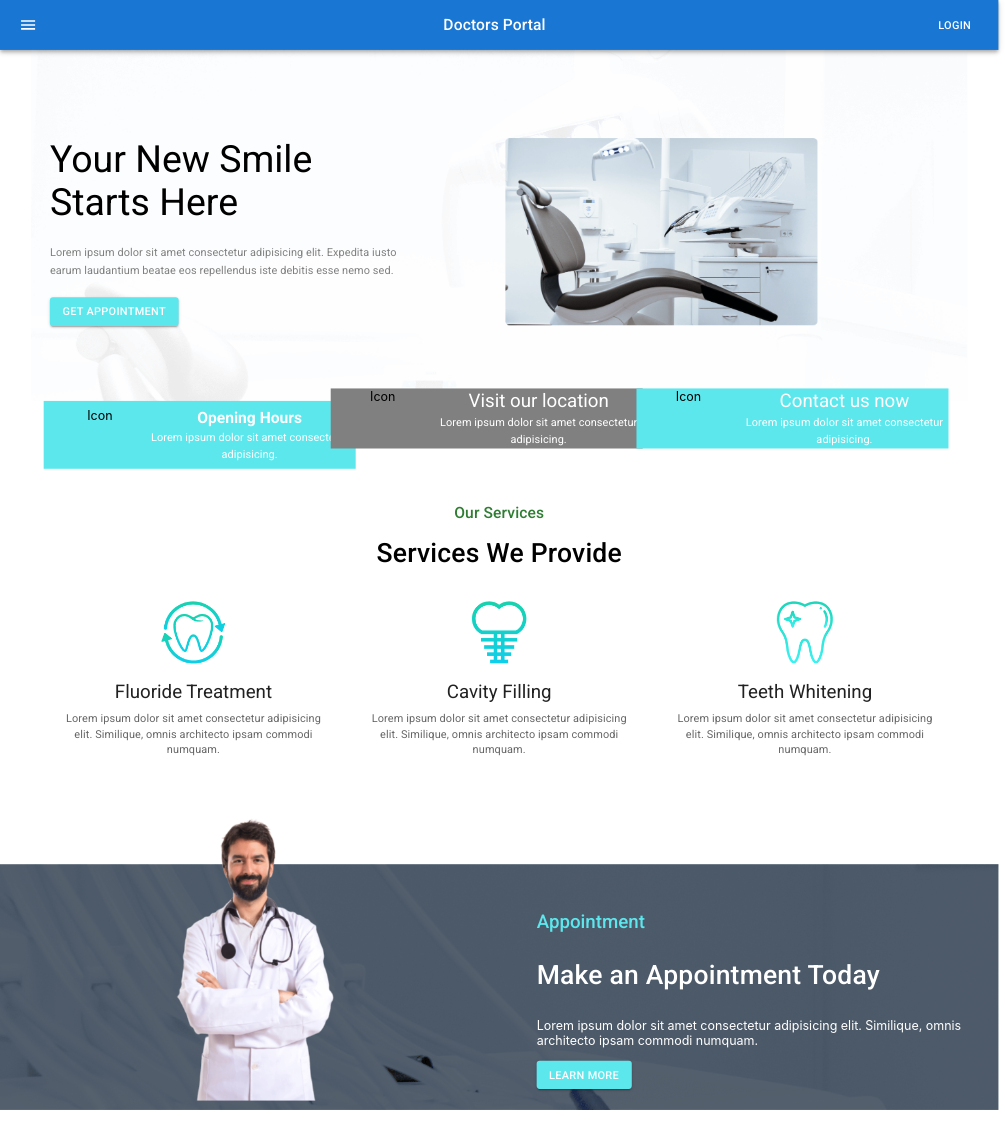
Repository: Sharif-00112/doctors-portal-client
Page: /
An editor plug-in stored every save of this project. The page is shown before and after the next save, followed by the edit.
The browser window is 1280 px wide. The page is 1288 px wide, so the pictures cover 1288 px, including what lies to the right of the window. The pictures show the whole page, at 78% of full size.
The project was rebuilt for these pictures with package versions that can differ from the ones it lists, and the page was loaded fresh each time.

Above is the page before, as saved 2022-11-01 23:24:19.

After the next save:
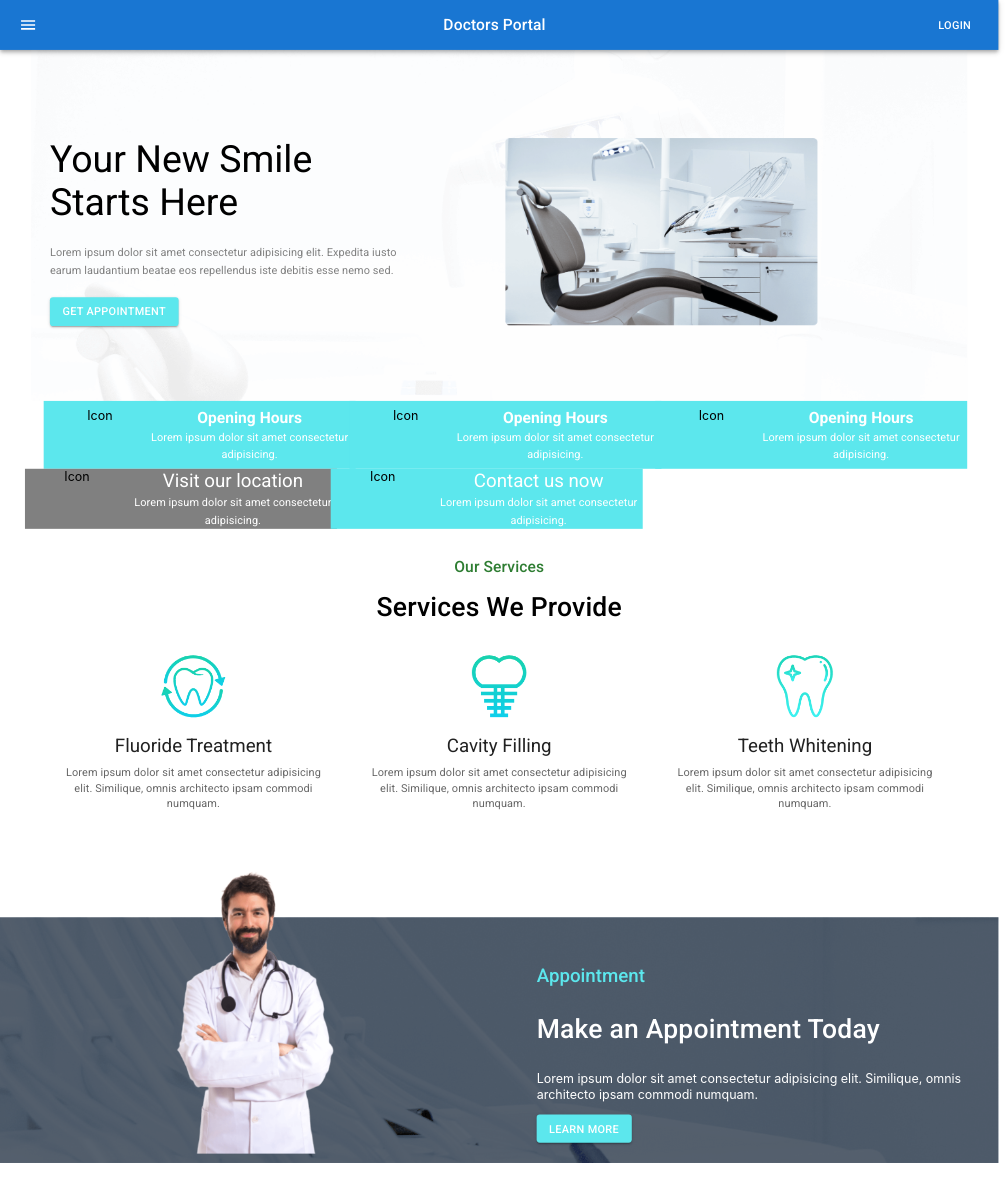
Saved 52 s later.
--- a/src/Pages/Home/Banner/Banner.js
+++ b/src/Pages/Home/Banner/Banner.js
@@ -57,6 +57,36 @@
                         </Grid>
                     </Grid>
                     <Grid xs={4}>
+                        <Grid sx={{ p:1, my:1, mx:2 }} container spacing={1} style={{ backgroundColor: '#5CE7ED'}}>
+                            <Grid xs={4}>
+                                Icon
+                            </Grid>
+                            <Grid xs={8}>
+                                <Typography sx={{ fontSize: 20, fontWeight: 600  }} style={{color: 'white'}} variant="h5" component="div">
+                                    Opening Hours
+                                </Typography>
+                                <Typography sx={{ fontSize: 14, fontWeight: 400 }} style={{color: 'white'}} variant="h6" component="div">
+                                    Lorem ipsum dolor sit amet consectetur adipisicing.
+                                </Typography>
+                            </Grid>
+                        </Grid>
+                    </Grid>
+                    <Grid xs={4}>
+                        <Grid sx={{ p:1, my:1, mx:2 }} container spacing={1} style={{ backgroundColor: '#5CE7ED'}}>
+                            <Grid xs={4}>
+                                Icon
+                            </Grid>
+                            <Grid xs={8}>
+                                <Typography sx={{ fontSize: 20, fontWeight: 600  }} style={{color: 'white'}} variant="h5" component="div">
+                                    Opening Hours
+                                </Typography>
+                                <Typography sx={{ fontSize: 14, fontWeight: 400 }} style={{color: 'white'}} variant="h6" component="div">
+                                    Lorem ipsum dolor sit amet consectetur adipisicing.
+                                </Typography>
+                            </Grid>
+                        </Grid>
+                    </Grid>
+                    <Grid xs={4}>
                         <Grid container spacing={1} style={{ backgroundColor: 'gray'}}>
                             <Grid xs={4}>
                                 Icon

After the save that followed:
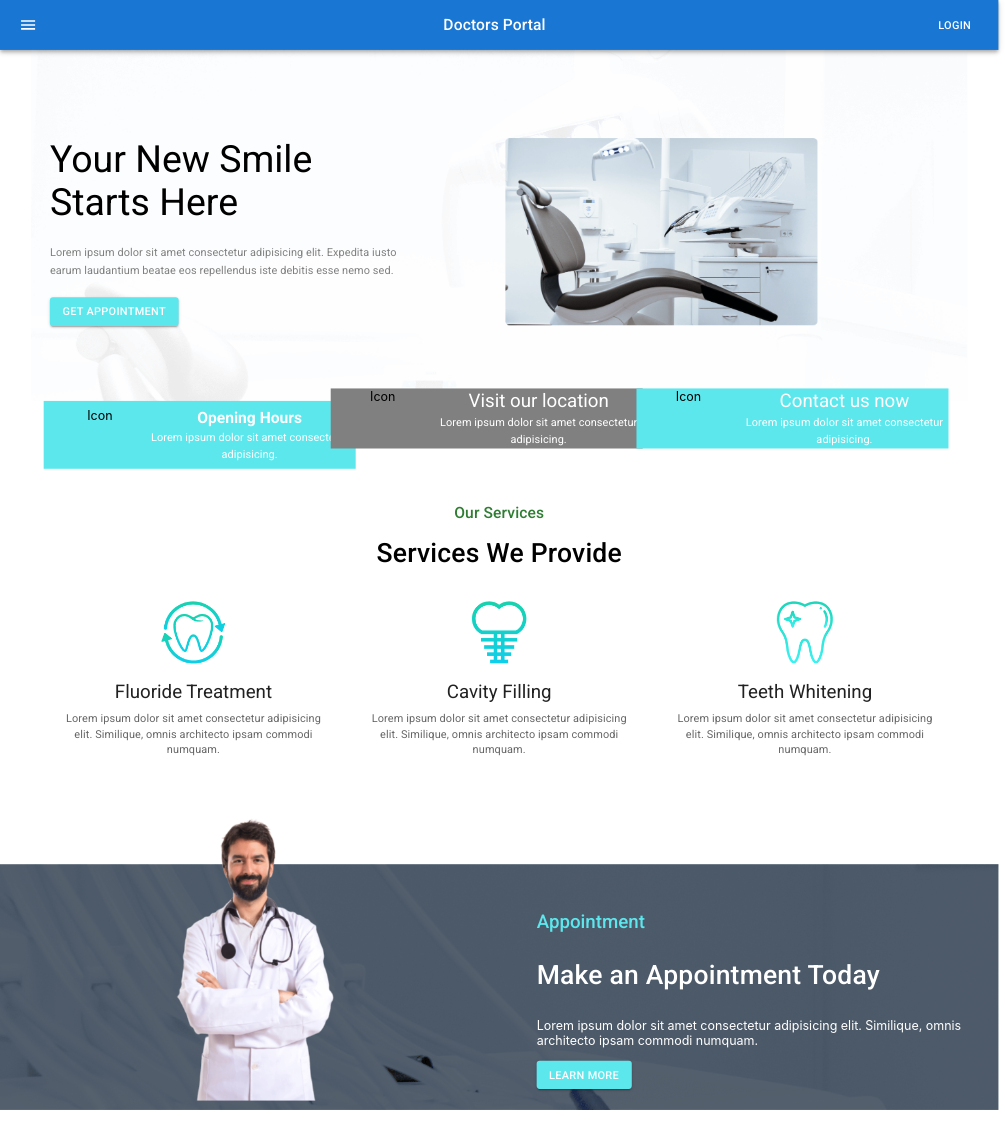
Saved 25 s later.
--- a/src/Pages/Home/Banner/Banner.js
+++ b/src/Pages/Home/Banner/Banner.js
@@ -57,36 +57,6 @@
                         </Grid>
                     </Grid>
                     <Grid xs={4}>
-                        <Grid sx={{ p:1, my:1, mx:2 }} container spacing={1} style={{ backgroundColor: '#5CE7ED'}}>
-                            <Grid xs={4}>
-                                Icon
-                            </Grid>
-                            <Grid xs={8}>
-                                <Typography sx={{ fontSize: 20, fontWeight: 600  }} style={{color: 'white'}} variant="h5" component="div">
-                                    Opening Hours
-                                </Typography>
-                                <Typography sx={{ fontSize: 14, fontWeight: 400 }} style={{color: 'white'}} variant="h6" component="div">
-                                    Lorem ipsum dolor sit amet consectetur adipisicing.
-                                </Typography>
-                            </Grid>
-                        </Grid>
-                    </Grid>
-                    <Grid xs={4}>
-                        <Grid sx={{ p:1, my:1, mx:2 }} container spacing={1} style={{ backgroundColor: '#5CE7ED'}}>
-                            <Grid xs={4}>
-                                Icon
-                            </Grid>
-                            <Grid xs={8}>
-                                <Typography sx={{ fontSize: 20, fontWeight: 600  }} style={{color: 'white'}} variant="h5" component="div">
-                                    Opening Hours
-                                </Typography>
-                                <Typography sx={{ fontSize: 14, fontWeight: 400 }} style={{color: 'white'}} variant="h6" component="div">
-                                    Lorem ipsum dolor sit amet consectetur adipisicing.
-                                </Typography>
-                            </Grid>
-                        </Grid>
-                    </Grid>
-                    <Grid xs={4}>
                         <Grid container spacing={1} style={{ backgroundColor: 'gray'}}>
                             <Grid xs={4}>
                                 Icon
